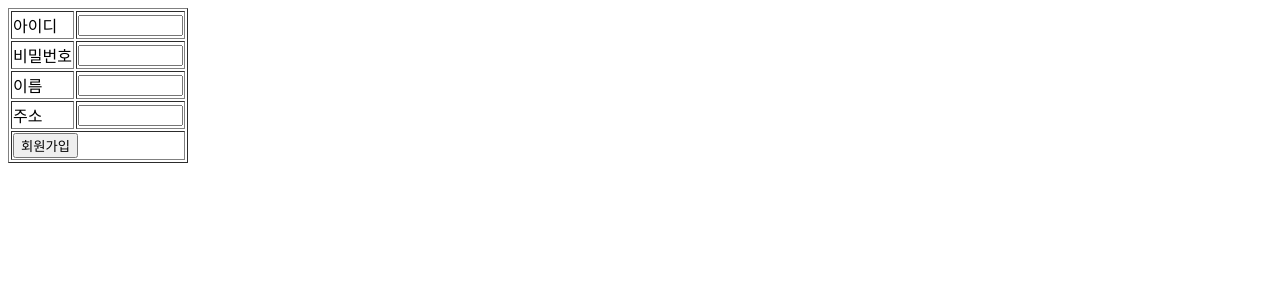
Repository: seoYee/SpringWithTeacher
Page: http://localhost/SpringDay12MVC2/join_form.jsp
An editor plug-in stored every save of this project. The page is shown before and after the next save, followed by the edit.
The browser window is 1280 px wide. The pictures show the whole page.
The page is served by Tomcat 9.

Above is the page before, as saved 2016-12-20 07:12:43.

After the next save:
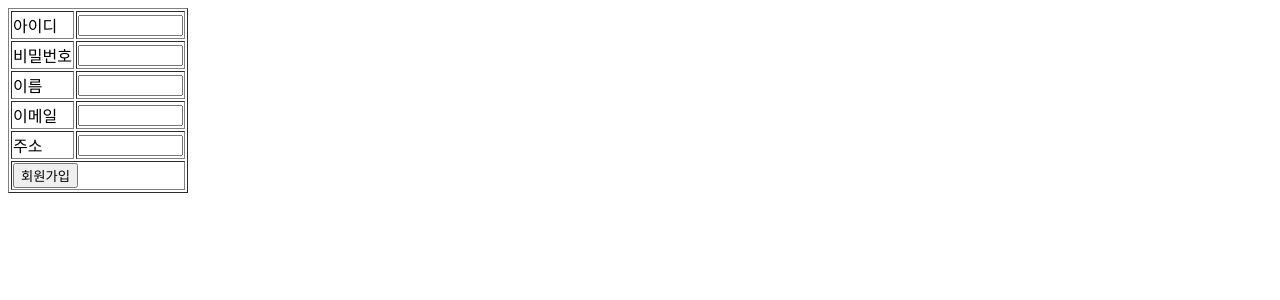
Saved 2 min 40 s later.
--- a/SpringDay12MVC2/WebContent/join_form.jsp
+++ b/SpringDay12MVC2/WebContent/join_form.jsp
@@ -7,6 +7,7 @@
 <title>회원가입화면</title>
 </head>
 <body>
+<form action="join.do" method="post">
 	<table border="1">
 		<tr>
 			<td>아이디</td>
@@ -27,9 +28,15 @@
 			</td>
 		</tr>
 		<tr>
+			<td> 이메일 </td>
+			<td>
+				<input type="text" name="email" size="10">
+			</td>
+		</tr>
+		<tr>
 			<td> 주소 </td>
 			<td>
-				<input type="text" name="email" size="10">
+				<input type="text" name="address" size="10">
 			</td>
 		</tr>
 		<tr>
@@ -38,6 +45,7 @@
 			</td>
 
 	</table>
+</form>
 
 </body>
 </html>
